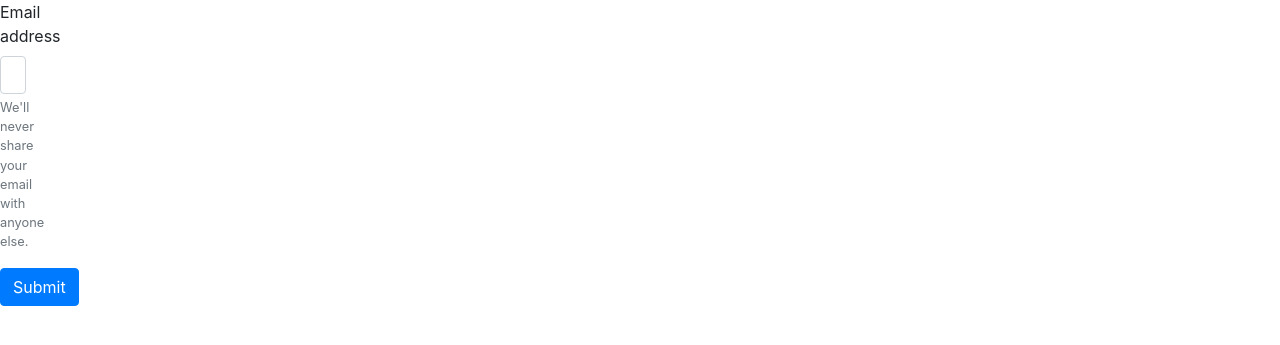
Repository: DhananjayaLakshan/PHP_CRUD_OOP1
Page: http://localhost/signup.php
The author's editor kept a copy of each file at every save. The page is drawn from the files as they stood at one save, then again after the next save.
The browser window is 1280 px wide. The pictures show the whole page.
The page is run by PHP 8.4 with error messages shown; the project is at /var/www/html/.

Above is the page before, as saved 2023-11-30 12:08:57.

After the next save:
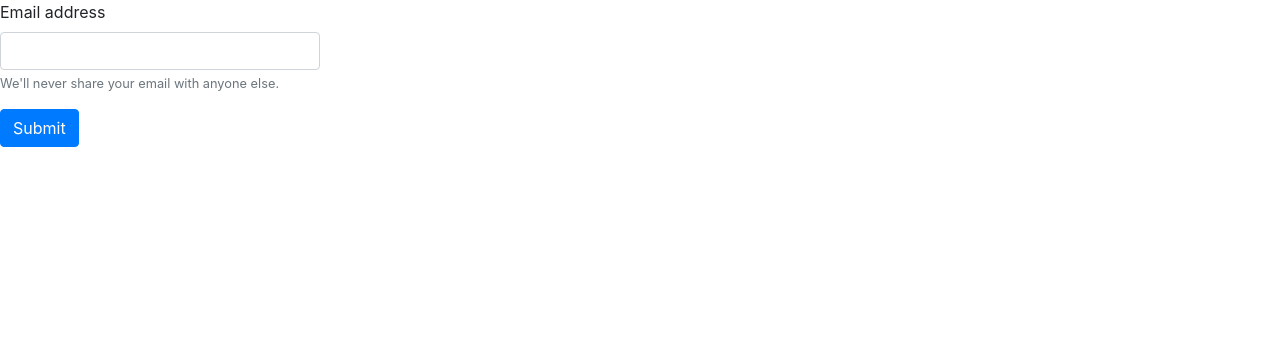
Saved 12 s later.
--- a/signup.php
+++ b/signup.php
@@ -13,7 +13,7 @@
 
 <body>
 
-    <form action="" method="post" style="width: 25px;">
+    <form action="" method="post" style="width: 25%;">
         <div class="form-group">
             <label for="exampleInputEmail1">Email address</label>
             <input type="email" class="form-control" id="exampleInputEmail1" aria-describedby="emailHelp">
